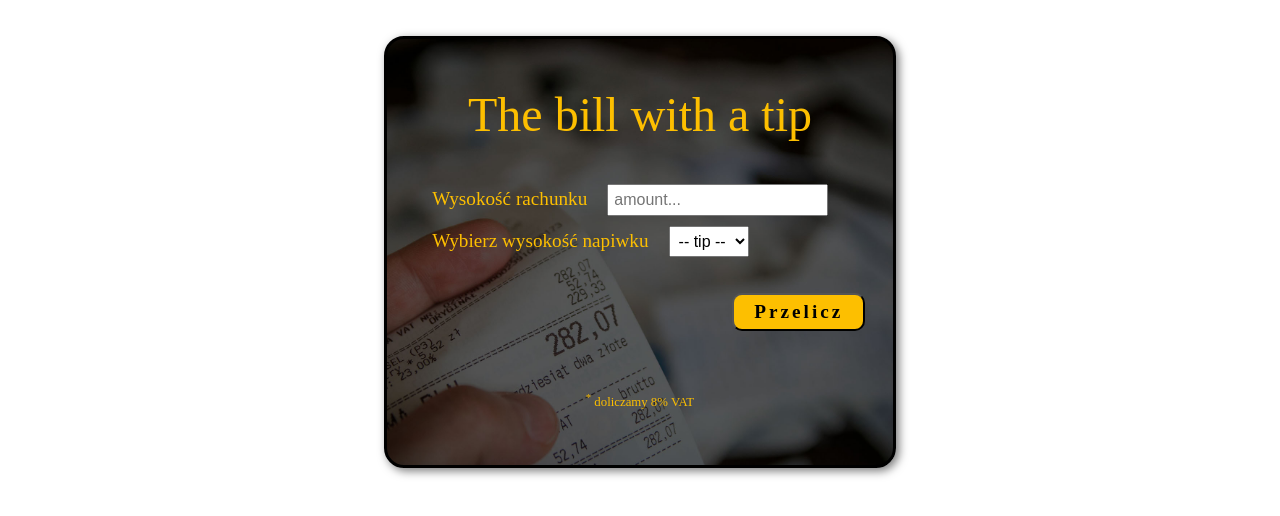
Repository: KrzysKolo/sr_tydzien4_zad1
Page: /
An editor plug-in stored every save of this project. The page is shown before and after the next save, followed by the edit.
The browser window is 1280 px wide. The pictures show the whole page.
Some web fonts or font styles are not loaded; a fallback is used. The project was rebuilt for these pictures with package versions that can differ from the ones it lists, and the page was loaded fresh each time. Also part of the build but not shown: src/components/ParagrapfCard.js.

Above is the page before, as saved 2020-11-06 14:48:09.

After the next save:
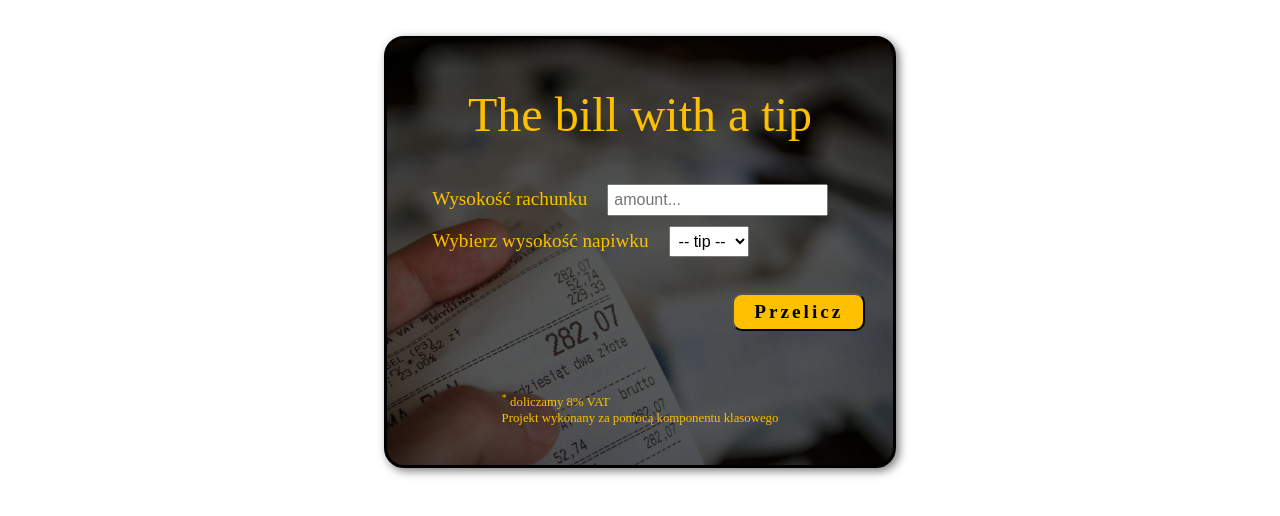
Saved 3 min 4 s later.
--- a/src/components/FooterCard.js
+++ b/src/components/FooterCard.js
@@ -2,7 +2,8 @@
 const FooterCard = () => {
     return (
         <footer className="billCard__footer">
-            <sup>*</sup> doliczamy 8% VAT
+            <sup>*</sup> doliczamy 8% VAT <br />
+            Projekt wykonany za pomocą komponentu klasowego
         </footer>
      );
 }

After the save that followed:
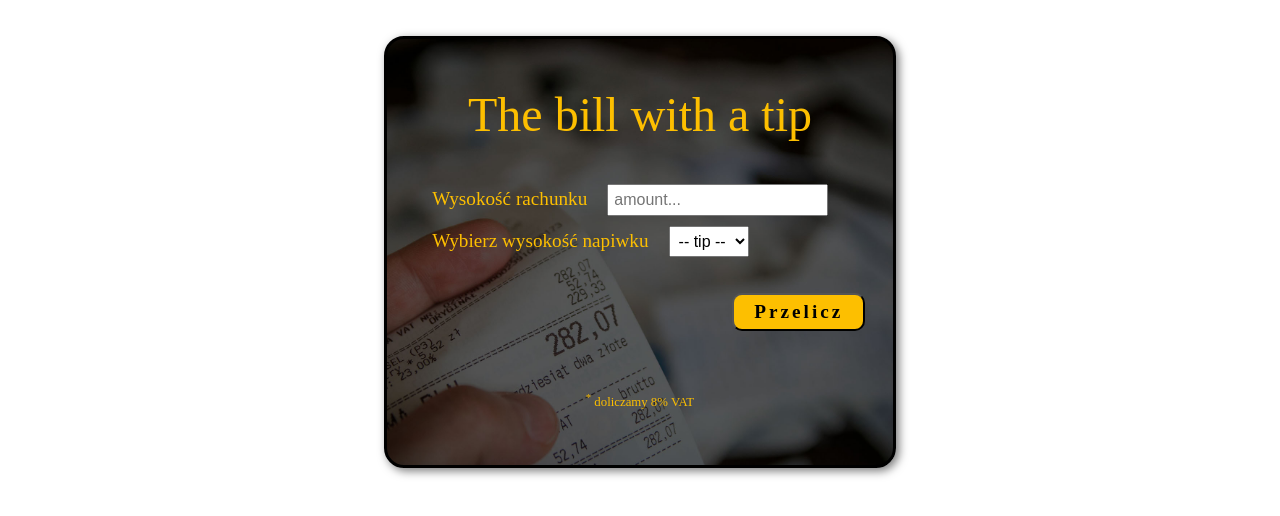
Saved 84 s later.
--- a/src/components/FooterCard.js
+++ b/src/components/FooterCard.js
@@ -3,7 +3,6 @@
     return (
         <footer className="billCard__footer">
             <sup>*</sup> doliczamy 8% VAT <br />
-            Projekt wykonany za pomocą komponentu klasowego
         </footer>
      );
 }
